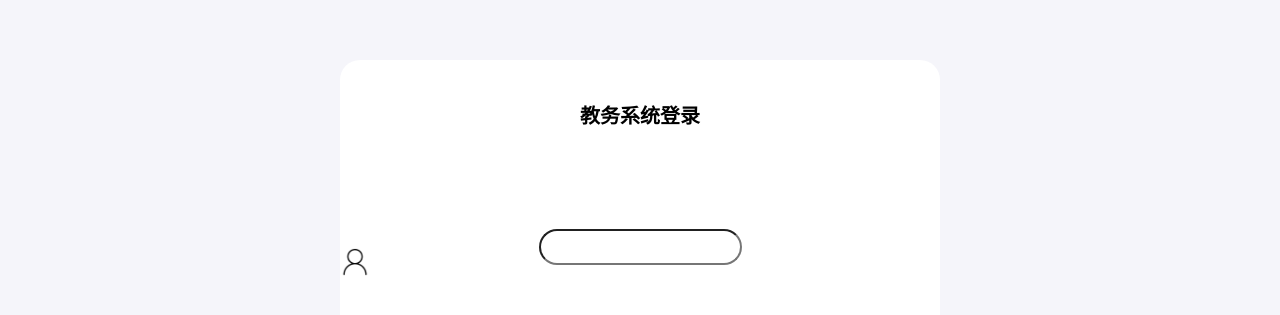
Repository: yangziteng/System
Page: / (app in myreact/)
These files come from the project's save history. The page is drawn as it stood at one moment and after a run of saves; the edit follows.
The browser window is 1280 px wide. The pictures show the whole page.
The project was rebuilt for these pictures with package versions that can differ from the ones it lists, and the page was loaded fresh each time. Also part of the build but not shown: myreact/vite.config.js, myreact/src/App.css, myreact/src/App.jsx, myreact/src/log.jsx.

Above is the page before, as saved 2022-07-08 12:21:01.

### myreact/src/main.jsx
import React from 'react'
import ReactDOM from 'react-dom/client'
import App from './App'
import LOG from './log'
import './index.css'
import Login from "./pages/Login/Login"
const p = {name:"杨",age:12}
ReactDOM.createRoot(document.getElementById('root')).render(
  <React.StrictMode>
    {/* //解构赋值 语法 */}

    <Login/>


  </React.StrictMode>
)

### myreact/src/pages/Login/Login.jsx
import { useState } from 'react'
import { Component } from 'react'
import "./Login.css"
import img from "./images/a.png" //引入图片
class Login extends Component {
    constructor() {
        super()
    }
    render() {
        return (
            <div className='bgc'>
                <div className='model'>
                    <div className='model-head'>教务系统登录</div>
                    <div className='model-body'>
                        <input type="text" className='model-body-input' >
                        </input>
                        <div>
                            <img className='img'  src={img} alt="" />
                        </div>
                    </div>
                </div>
            </div>
        )
    }
}
export default Login

### myreact/src/pages/Login/Login.css

.bgc{
    background-color: rgba(245,245,250);
    width: 100vw;
    height: 100vh;
    display:flex;
    align-items: center;
}
.model{
    width: 600px;
    height: 600px;
    background-color: white;
    border-radius: 20px;
    margin:0 auto;
}
.model-head{
    text-align: center;
    margin-top:40px;
    font-size: 20px;
    font-weight: 800;
}
.model-body{
    display: flex;
    margin-top:100px;
    align-items: center;
    justify-content: center;
    position:relative
}
.model-body-input{
    height: 30px;
    border-radius: 20px;
    padding-left:20px ;
    position:relative
}
.img{
    width: 30px;
    height: 30px;
    position: absolute;
    left:0px
}

Loaded but not shown: myreact/index.html (common file); myreact/src/index.css (common file)

After the next 2 saves:
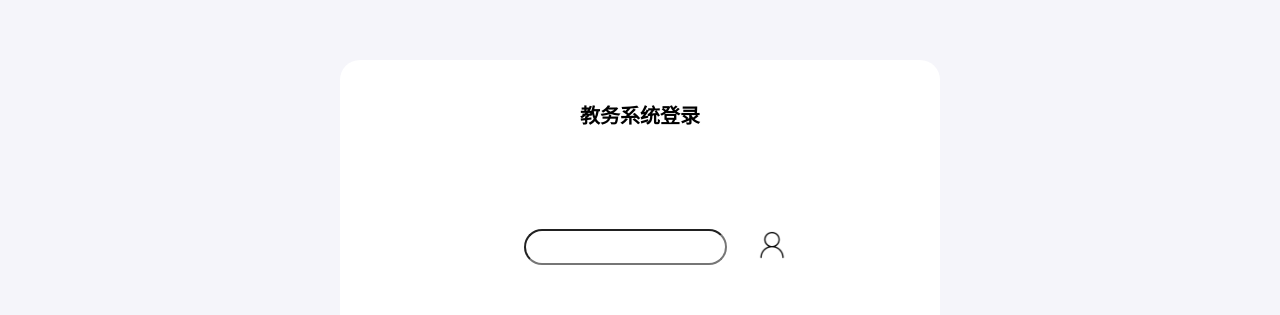
The 2 saves are shown as one change because they came seconds apart.
The last was saved 24 s later.
--- a/myreact/src/pages/Login/Login.css
+++ b/myreact/src/pages/Login/Login.css
@@ -35,6 +35,6 @@
 .img{
     width: 30px;
     height: 30px;
-    position: absolute;
-    left:0px
+    position: relative;
+    left:30px
 }
